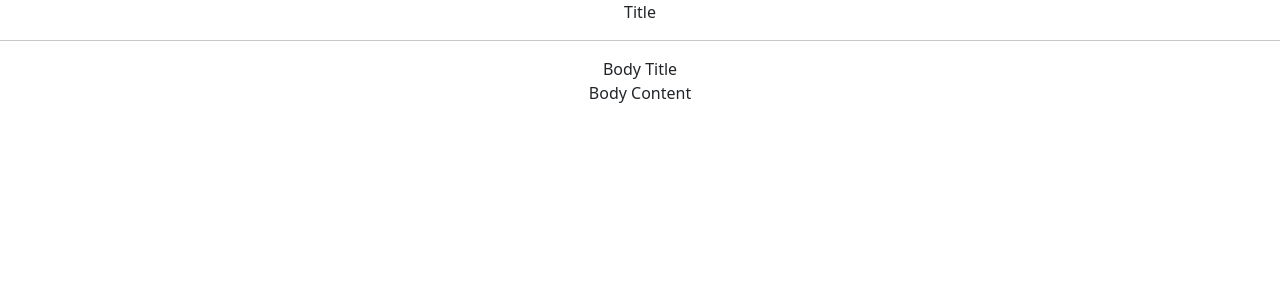
Repository: hoapham2k2/bai_tap_thuc_hanh_is207.n12
Page: index.html
An editor plug-in stored every save of this project. The page is shown before and after the next save, followed by the edit.
The browser window is 1280 px wide. The pictures show the whole page.

Above is the page before, as saved 2022-09-19 08:43:56.

After the next save:
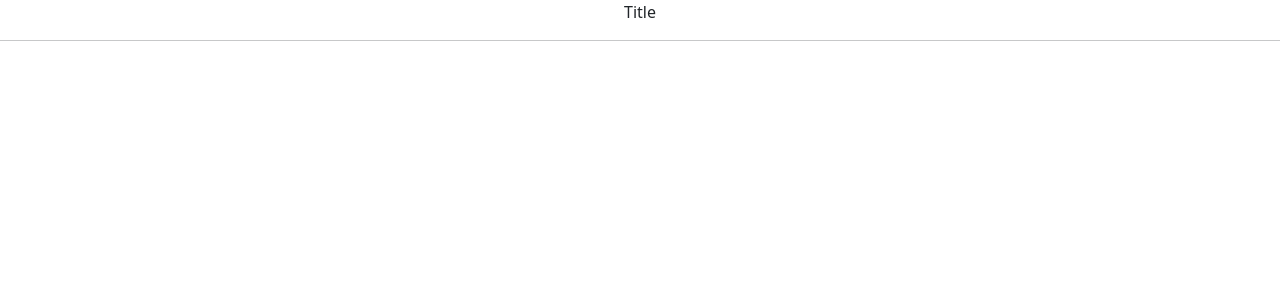
Saved 4 s later.
--- a/index.html
+++ b/index.html
@@ -67,8 +67,7 @@
         </div>
         <hr>
         <div class="wrapper_body">
-            <div class="wrapper_body_title">Body Title</div>
-            <div class="wrapper_body_content">Body Content</div>
+
         </div>
 </body>
 
